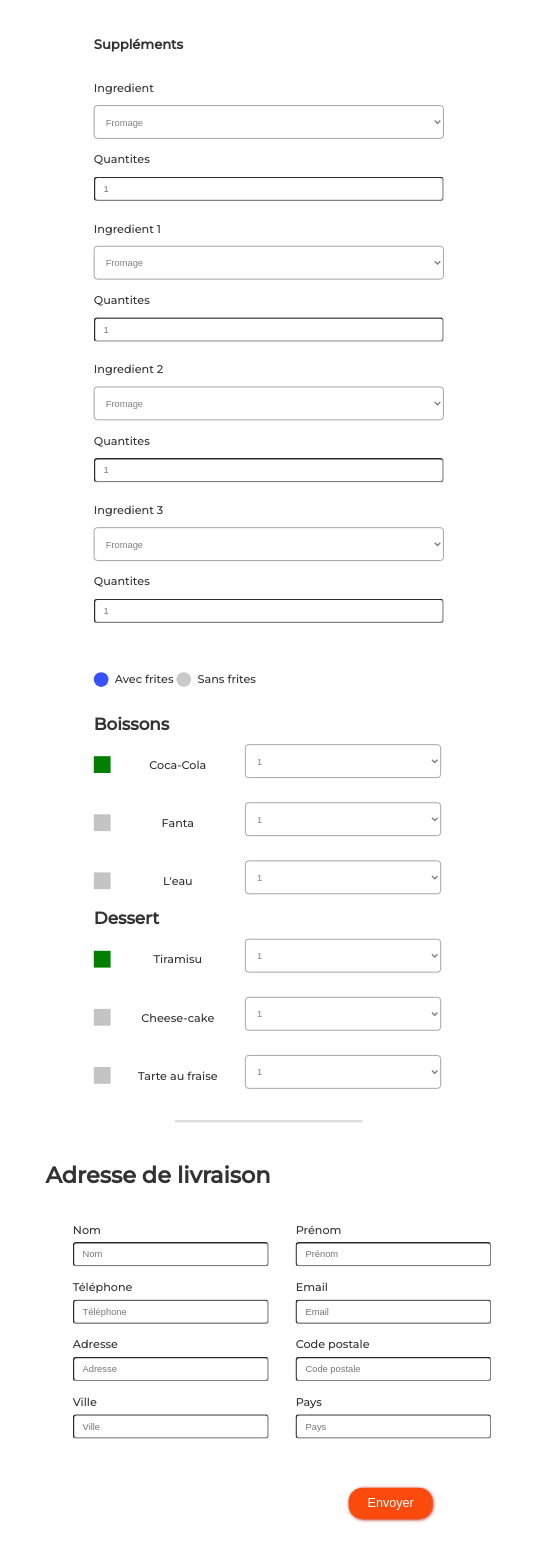
Repository: sisilass31/bella-olonje
Page: html/commande.html
The author's editor kept a copy of each file at every save. The page is drawn from the files as they stood at one save, then again after the next save.
The browser window is 768 px wide. The pictures show the part of the page from y = 1216 to 3456 px (the page is 3456 px tall), at 70% of full size.
Some web libraries are served in a nearby version.

Above is the page before, as saved 2023-02-15 09:08:05.

After the next save:
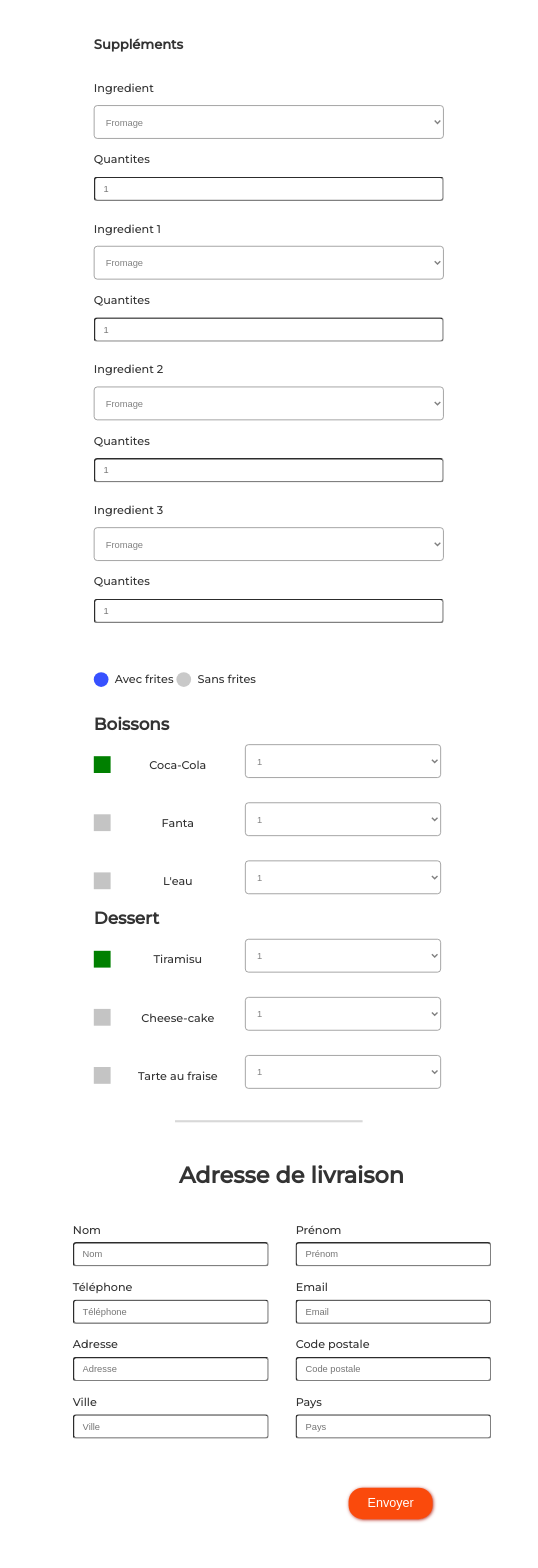
Saved 3 min 35 s later.
--- a/css/commande.css
+++ b/css/commande.css
@@ -481,7 +481,13 @@ button {
         display: flex;
         justify-content: center;
     }
-
+    .livraison h1 {
+        margin-left: 65px;
+        padding-top: 30px;
+        padding-bottom: 50px;
+        display: flex;
+        justify-content: center;
+        }
     .nom_prenom {
         justify-content: center;
         padding: 0;
